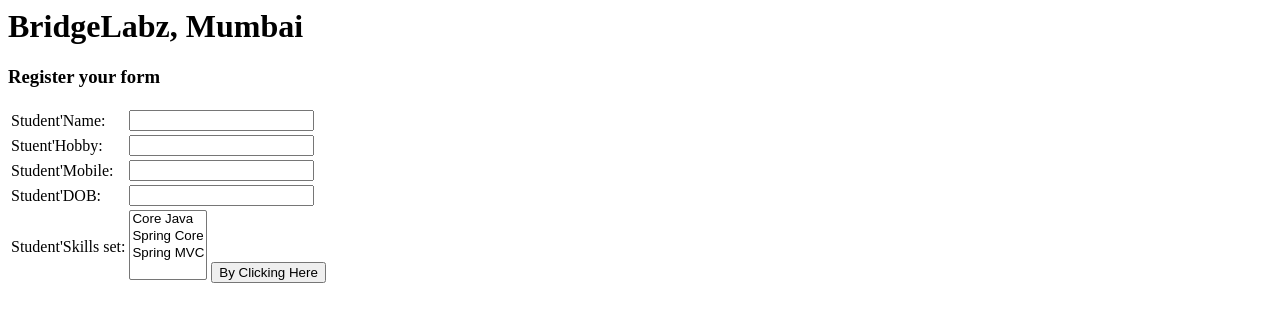
Repository: MFiroz303/Springs
Page: http://localhost/SampleApp/admissionform.html
These files come from the project's save history. The page is drawn as it stood at one moment and after the next save; the edit follows.
The browser window is 1280 px wide. The pictures show the whole page.
The page is served by Tomcat 9.

Above is the page before, as saved 2017-10-16 06:22:10.

After the next save:
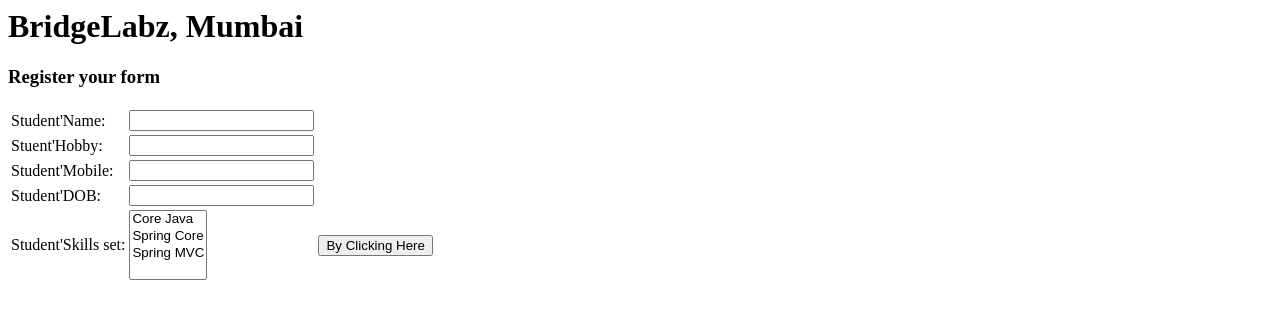
Saved 11 s later.
--- a/SampleApp/src/main/webapp/WEB-INF/admission.jsp
+++ b/SampleApp/src/main/webapp/WEB-INF/admission.jsp
@@ -23,7 +23,7 @@
 					<option value="Spring core">Spring Core</option>
 					<option value="Spring MVc">Spring MVC</option>
 			</select>
-		    <input type="submit" value="By Clicking Here">
+		   <td> <input type="submit" value="By Clicking Here"></td>
 
 			</table>
 	</form>
